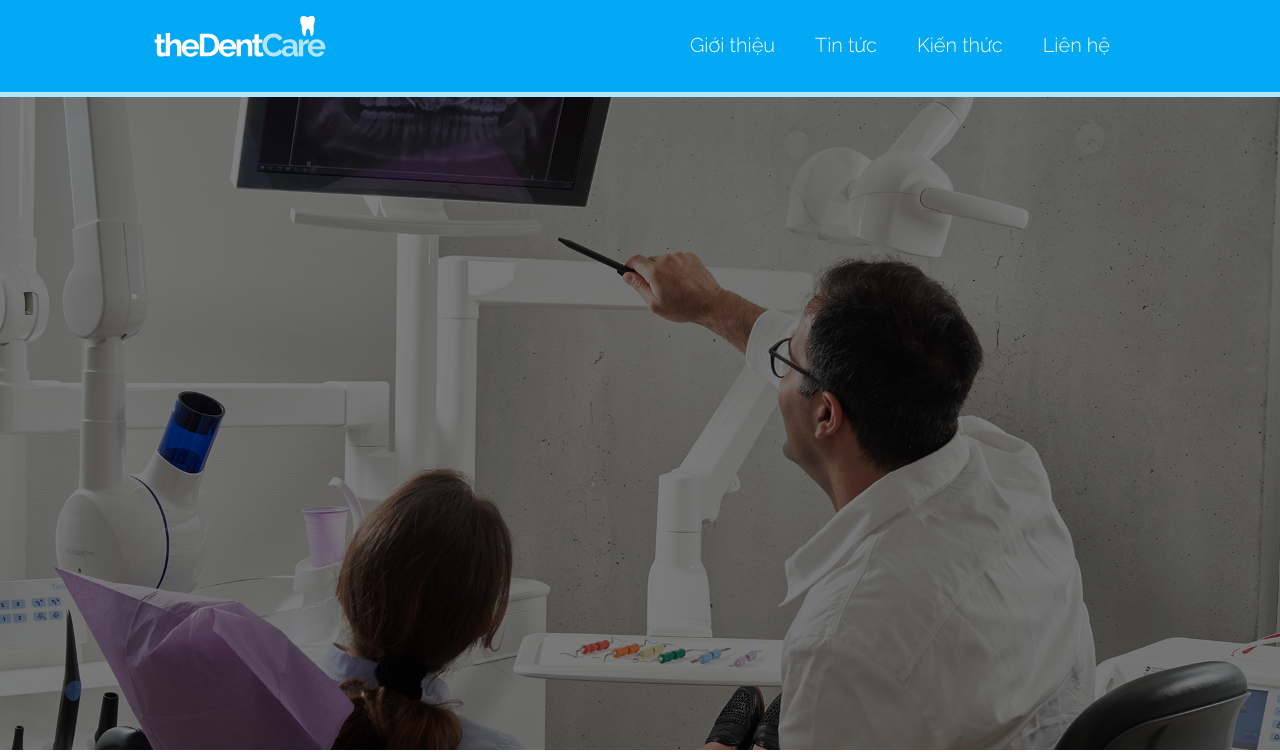
Repository: vantoan19/theDentCare
Page: /news (app in theDentalCare/the-dental-care/)
The author's editor kept a copy of each file at every save. The page is drawn from the files as they stood at one save, then again after the next save.
The browser window is 1280 px wide. The pictures show the whole page.
The project was rebuilt for these pictures with package versions that can differ from the ones it lists, and the page was loaded fresh each time. The framework's server and built-in components were replaced by stand-ins that run in the browser.

Above is the page before, as saved 2022-09-22 01:39:36.

### theDentalCare/the-dental-care/pages/_app.js
import { createGlobalStyle } from "styled-components";

const GlobalStyle = createGlobalStyle`
    html,
    body {
        padding: 0;
        margin: 0;
        font-family: Raleway;
        font-size: 10px;
    }

    * {
        box-sizing: border-box;
    }
`;

function MyApp({ Component, pageProps }) {
  return (
    <>
      <GlobalStyle />
      <Component {...pageProps} />
    </>
  );
}

export default MyApp

### theDentalCare/the-dental-care/pages/_document.js
// pages/_document.js

import { Html, Head, Main, NextScript } from 'next/document'

export default function Document() {
  return (
    <Html>
      <Head>
        <link
          href="https://fonts.googleapis.com/css2?family=Raleway:ital,wght@0,100;0,200;0,300;0,400;0,500;0,600;0,700;0,800;0,900;1,100;1,200;1,300;1,400;1,500;1,600;1,700;1,800;1,900&display=swap"
          rel="stylesheet"
        />
      </Head>
      <body>
        <Main />
        <NextScript />
      </body>
    </Html>
  )
}

### theDentalCare/the-dental-care/pages/news/index.js
import styled from "styled-components"
import NavBar from "../../components/NavBar/NavBar"

const BackgroundImage = styled.img`
  width: 100%;
`

const BackgroundContainer = styled.div`
  width: 100vw;
`

export default function Home() {
    return (
      <div>
        <NavBar/>
        <BackgroundContainer>
          <BackgroundImage src='/backgroundImage.png' alt='background image'/>
        </BackgroundContainer>
      </div>
    )
}

### theDentalCare/the-dental-care/components/NavBar/NavBar.jsx
import React from 'react'
import styled from 'styled-components'
import Logo from './Logo/Logo'
import NavItem from './NavItem/NavItem'

const LogoContainer = styled.div`
  margin: 0 150px;
`

const NavItemsGroup = styled.div`
  display: flex;
  height: 90px;
  align-items: center;
  margin: 0 150px;
`

const NavContainer = styled.div`
  background-color: #03A9F4;
  display: flex;
  flex-direction: row;
  justify-content: space-between;
  border-bottom: 5px solid #B3E5FC;
`

const NavBar = () => {
  return (
    <NavContainer>
      <LogoContainer>
        <Logo/>
      </LogoContainer>
      <NavItemsGroup>
        <NavItem>Giới thiệu</NavItem>
        <NavItem>Tin tức</NavItem>
        <NavItem>Kiến thức</NavItem>
        <NavItem>Liên hệ</NavItem>
      </NavItemsGroup>
    </NavContainer>
  )
}

export default NavBar

### theDentalCare/the-dental-care/components/NavBar/Logo/Logo.jsx
import React from 'react'
import styled from 'styled-components'


const StyledLogo = styled.img`
  width: 180px;
`

const Logo = () => {
  return (
    <StyledLogo src='/theDentCare.svg'/>
  )
}

export default Logo

### theDentalCare/the-dental-care/components/NavBar/NavItem/NavItem.jsx
import React from 'react'
import styled from 'styled-components'

const StyledSpan = styled.span`
    cursor: pointer;
    margin: 0px 20px;
    font-size: 2rem;
    font-weight: 300;
    color: #fff;
`

const NavItem = (props) => {
    return (
      <StyledSpan className='nav-item'>{props.children}</StyledSpan>
    )
}

export default NavItem

After the next save:
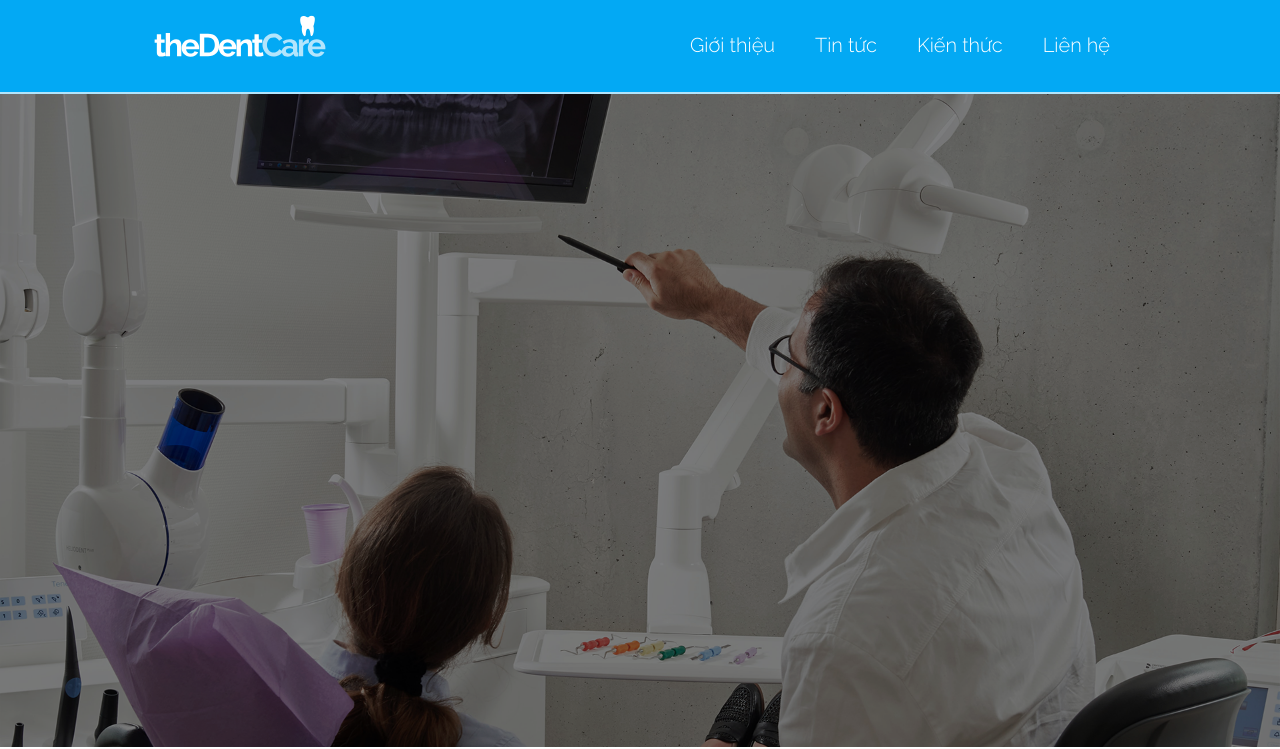
Saved 22 s later.
--- a/theDentalCare/the-dental-care/components/NavBar/NavBar.jsx
+++ b/theDentalCare/the-dental-care/components/NavBar/NavBar.jsx
@@ -19,7 +19,7 @@
   display: flex;
   flex-direction: row;
   justify-content: space-between;
-  border-bottom: 5px solid #B3E5FC;
+  border-bottom: 2px solid #B3E5FC;
 `
 
 const NavBar = () => {
